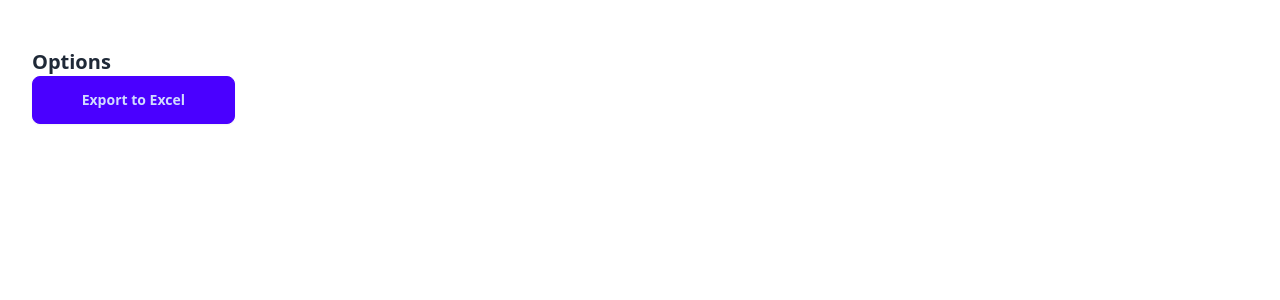
Repository: khulqu15/khafsin_server
Page: http://localhost/
An editor plug-in stored every save of this project. The page is shown before and after the next save, followed by the edit.
The browser window is 1280 px wide. The pictures show the whole page.
Some web libraries are served in a nearby version. The page is served by the project's Laravel application, run on PHP 8.4 with Laravel 12. Other server files are loaded and not shown. Queries for data that is not in the repository find no rows.

Above is the page before, as saved 2024-10-25 02:49:34.

### routes/web.php
<?php

use App\Http\Controllers\ImuController;
use Illuminate\Support\Facades\Route;

Route::get('/', [ImuController::class, 'home']);

### app/Http/Controllers/ImuController.php
<?php

namespace App\Http\Controllers;

use App\Models\Imu;
use Exception;
use Illuminate\Database\Eloquent\ModelNotFoundException;
use Illuminate\Http\Request;
use Illuminate\Support\Carbon;

class ImuController extends Controller
{

    public function home(Request $request) {
        $query = Imu::query();
        if ($request->has(['start_date', 'end_date'])) {
            $start_date = Carbon::parse($request->input('start_date'))->startOfDay();
            $end_date = Carbon::parse($request->input('end_date'))->endOfDay();
            $query->whereBetween('created_at', [$start_date, $end_date]);
        }
        $imus = $query->orderBy('created_at', 'desc')->get();
        return view('welcome')->with('imus', $imus);
    }

    /**
     * Display a listing of the resource.
     */
    public function index(Request $request)
    {
        try {
            $query = Imu::query();

            if ($request->has(['start_date', 'end_date'])) {
                $start_date = Carbon::parse($request->input('start_date'))->startOfDay();
                $end_date = Carbon::parse($request->input('end_date'))->endOfDay();
                $query->whereBetween('created_at', [$start_date, $end_date]);
            }
            $imus = $query->orderBy('created_at', 'desc')->get();
            return response()->json($imus);

        } catch (Exception $e) {
            return $this->handleException($e);
        }
    }

    /**
     * Store a newly created resource in storage.
     */
    public function store(Request $request)
    {
        try {
            $validatedData = $request->validate([
                'x' => 'required|numeric',
                'y' => 'required|numeric',
                'z' => 'required|numeric',
                'location' => 'nullable|string',
                'status' => 'nullable|string',
                'description' => 'nullable|string',
                'lat' => 'nullable|numeric',
                'lon' => 'nullable|numeric',
                'alt' => 'nullable|numeric',
            ]);

            $imu = Imu::create($validatedData);

            return response()->json($imu, 201);

        } catch (Exception $e) {
            return $this->handleException($e);
        }
    }

    /**
     * Display the specified resource.
     */
    public function show(string $id)
    {
        try {
            $imu = Imu::findOrFail($id);
            return response()->json($imu);

        } catch (ModelNotFoundException $e) {
            return $this->handleException($e);

        } catch (Exception $e) {
            return $this->handleException($e);
        }
    }

    /**
     * Update the specified resource in storage.
     */
    public function update(Request $request, string $id)
    {
        try {
            $imu = Imu::findOrFail($id);

            $validatedData = $request->validate([
                'x' => 'required|numeric',
                'y' => 'required|numeric',
                'z' => 'required|numeric',
                'location' => 'nullable|string',
                'status' => 'nullable|string',
                'description' => 'nullable|string',
                'lat' => 'nullable|numeric',
                'lon' => 'nullable|numeric',
                'alt' => 'nullable|numeric',
            ]);

            $imu->update($validatedData);

            return response()->json($imu);

        } catch (ModelNotFoundException $e) {
            return $this->handleException($e);

        } catch (Exception $e) {
            return $this->handleException($e);
        }
    }

    /**
     * Remove the specified resource from storage.
     */
    public function destroy(string $id)
    {
        try {
            $imu = Imu::findOrFail($id);
            $imu->delete();
            return response()->json(['message' => 'IMU record deleted successfully']);

        } catch (ModelNotFoundException $e) {
            return $this->handleException($e);

        } catch (Exception $e) {
            return $this->handleException($e);
        }
    }
}

### app/Http/Controllers/Controller.php
<?php

namespace App\Http\Controllers;

use Exception;
use Illuminate\Http\JsonResponse;
use Illuminate\Http\Response;

abstract class Controller
{
    protected function handleException(Exception $e): JsonResponse
    {
        return response()->json([
            'error' => true,
            'message' => $e->getMessage(),
            'code' => $e->getCode(),
        ], $e instanceof \Illuminate\Database\Eloquent\ModelNotFoundException ? Response::HTTP_NOT_FOUND : Response::HTTP_INTERNAL_SERVER_ERROR);
    }
}

### app/Models/Imu.php
<?php

namespace App\Models;

use Illuminate\Database\Eloquent\Model;

class Imu extends Model
{
    protected $table = 'imus';
    protected $primaryKey = 'id';

    protected $fillable = [
        'x',
        'y',
        'z',
        'location',
        'status',
        'description',
        'lat',
        'lon',
        'alt',
    ];
}

### resources/views/welcome.blade.php
<!DOCTYPE html>
<html lang="{{ str_replace('_', '-', app()->getLocale()) }}">
    <head>
        <meta charset="utf-8">
        <meta name="viewport" content="width=device-width, initial-scale=1">

        <title>Khafsin App</title>

        <link href="https://cdn.jsdelivr.net/npm/daisyui@4.12.13/dist/full.min.css" rel="stylesheet" type="text/css" />
        <script src="https://cdn.tailwindcss.com"></script>
    </head>
    <body>
        <div class="container mx-auto w-full min-h-screen py-12 px-8">
            <div class="w-full grid grid-cols-6">
                <div class="md:col-span-1 col-span-6">
                    <h2 class="text-xl font-bold">Options</h2>
                    <button class="btn btn-primary w-full">Export to Excel</button>
                </div>
                <div class="md:col-span-4 col-span-6"></div>
            </div>
        </div>
    </body>
</html>

After the next save:
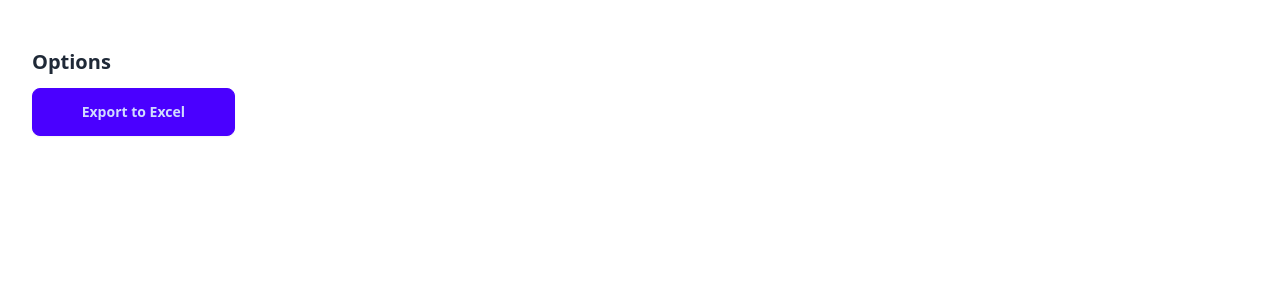
Saved 5 s later.
--- a/resources/views/welcome.blade.php
+++ b/resources/views/welcome.blade.php
@@ -13,7 +13,7 @@
         <div class="container mx-auto w-full min-h-screen py-12 px-8">
             <div class="w-full grid grid-cols-6">
                 <div class="md:col-span-1 col-span-6">
-                    <h2 class="text-xl font-bold">Options</h2>
+                    <h2 class="text-xl font-bold mb-3">Options</h2>
                     <button class="btn btn-primary w-full">Export to Excel</button>
                 </div>
                 <div class="md:col-span-4 col-span-6"></div>
